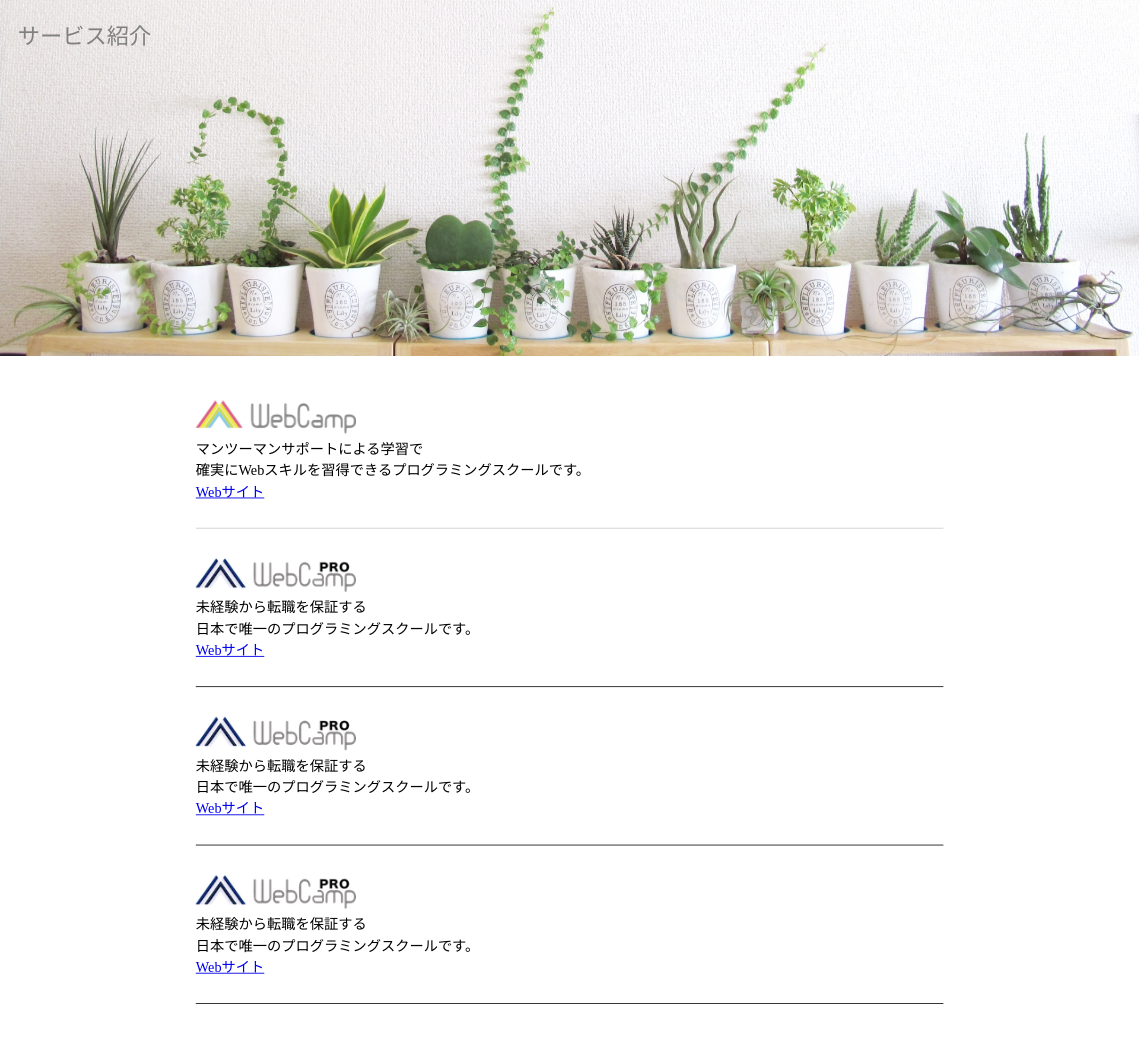
Repository: pooh0721/-
Page: c7/c7.html
The author's editor kept a record of every edit. The page is drawn from the files as they stood at one moment, then again after the next edit.
The browser window is 1280 px wide. The pictures show the whole page, at 89% of full size.

Above is the page before.

### c7/c7.html
<!DOCTYPE html>
<html lang="ja">
  <head>
    <meta charset="UTF-8" />
    <!-- CSSファイルの読み込み -->
    <link rel="stylesheet" href="style.css" />
    <title>c7</title>
    <head>
      <body>
      <div class="visual">

          <p class="v-text">
            サービス紹介
          </p>
      </div>
      <main>
        <section class="service1">
           <div class="item1">
             <img class="image" src=img/wc-logo.png></img>
             <section class="text">
               <p>
                 マンツーマンサポートによる学習で<br>
                 確実にWebスキルを習得できるプログラミングスクールです。<br />
                </p>
                <a href="index.html">Webサイト</a>

             </section>
             <div/>
        </section>


         <section class="service1">
           <div class="item2">
             <img class="image" src=img/wcp-logo.png></img>

             <section class="text">
               <p>
                 未経験から転職を保証する<br>

                 日本で唯一のプログラミングスクールです。<br />
                </p>
                <a href="index.html">Webサイト</a>
             <div/>
             </section>
             </section>

             <section class="service1">
           <div class="item2">
             <img class="image" src=img/wcp-logo.png></img>

             <section class="text">
               <p>
                 未経験から転職を保証する<br>

                 日本で唯一のプログラミングスクールです。<br />
                </p>
                <a href="index.html">Webサイト</a>
             <div/>
             </section>
             </section>

             <section class="service1">
           <div class="item2">
             <img class="image" src=img/wcp-logo.png></img>

             <section class="text">
               <p>
                 未経験から転職を保証する<br>

                 日本で唯一のプログラミングスクールです。<br />
                </p>
                <a href="index.html">Webサイト</a>
             <div/>
             </section>
             </section>


        </div>
      </main>
      </body>
    </head>

### c7/style.css
* {
  margin: 0;
  padding: 0;
  box-sizing: border-box;
}
.visual {
  width: 100%;
  height: 400px;
  background-image: url(img/mv.jpg);
  background-position: bottom;
  background-size: cover;
}

.v-text{
  padding: 20px;
  color: #808080;
  font-size: 25px;
}
main{
  width: 840px;
  margin: 50px auto;
}
.item1 {
  padding-bottom: 30px;
  border-bottom: 1px solid #d1d1d1;

}

.item2{
  padding-top: 30px;
  padding-bottom: 30px;
  border-bottom: 1px solid #1f1f1f;

}

After the next edit:
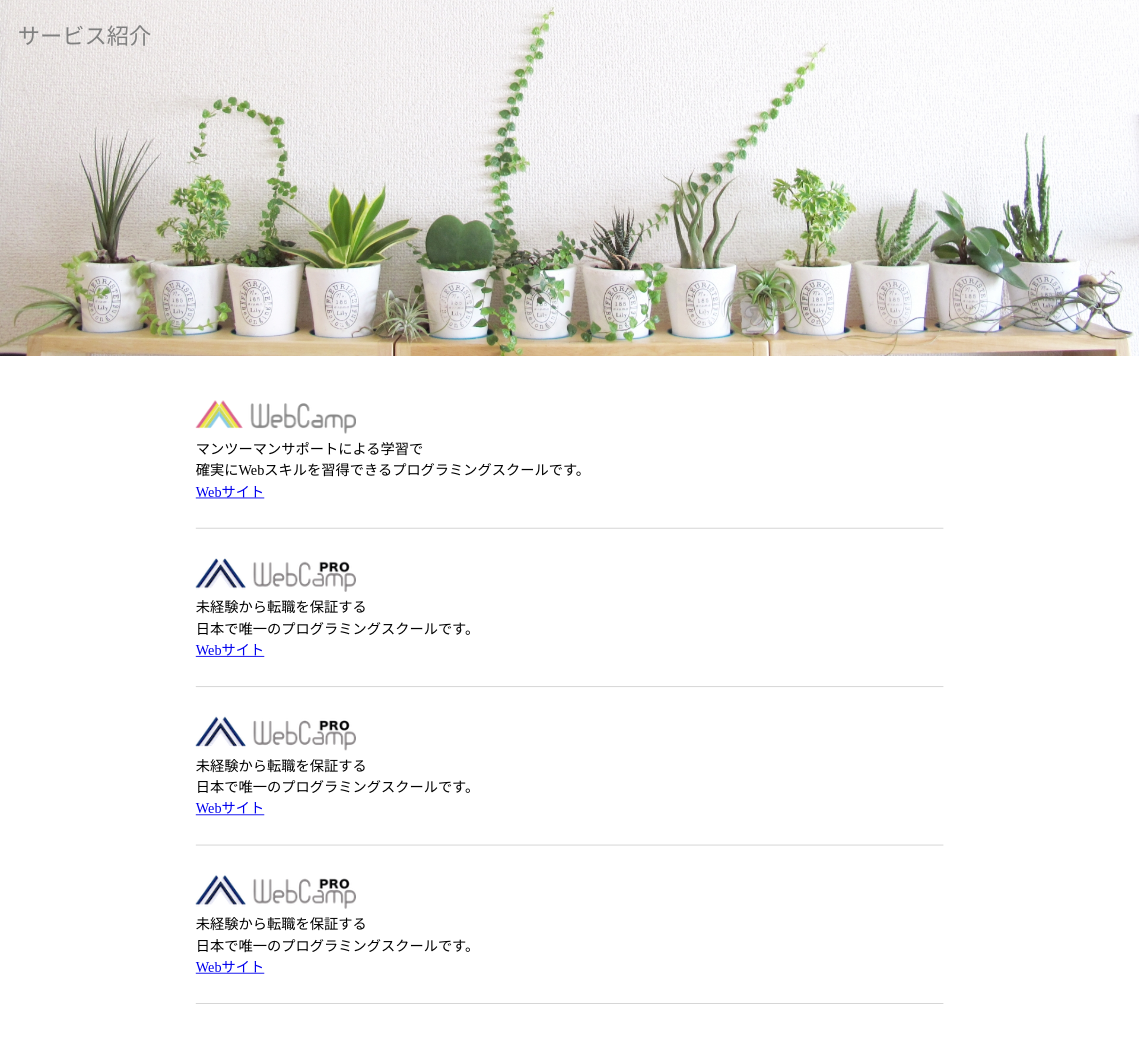
The edit:
--- a/c7/style.css
+++ b/c7/style.css
@@ -29,6 +29,6 @@
 .item2{
   padding-top: 30px;
   padding-bottom: 30px;
-  border-bottom: 1px solid #1f1f1f;
+   border-bottom: 1px solid #d1d1d1;
 
 }
